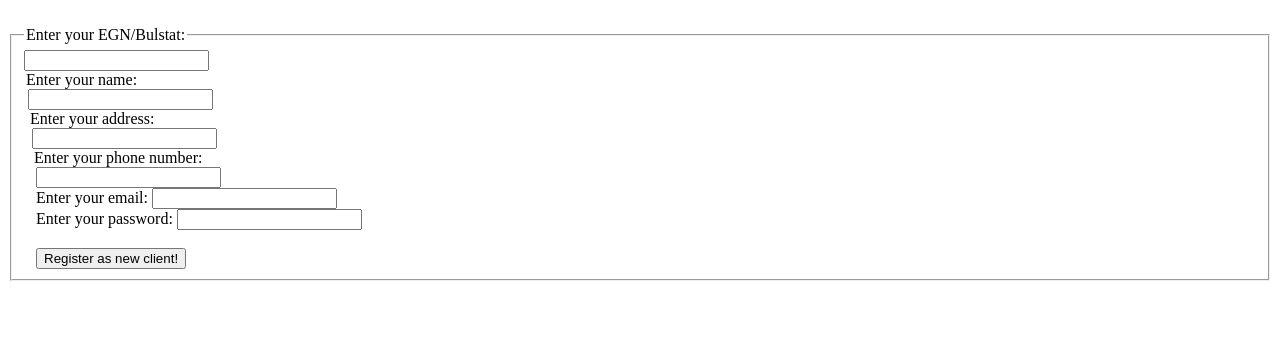
Repository: A-Mitev/E-Banking_Team_Project
Page: http://localhost/FiBank/WEB-INF/views/jsp/Register.jsp
The author's editor kept a copy of each file at every save. The page is drawn from the files as they stood at one save, then again after the next save.
The browser window is 1280 px wide. The pictures show the whole page.
The page is served by Tomcat 9. Nobody is signed in. Other server files are loaded and not shown. The template is opened directly, without the code that normally fills it, so the values that code supplies are empty.

Above is the page before, as saved 2016-04-05 20:04:27.

### FiBank/src/main/webapp/WEB-INF/views/jsp/Register.jsp
<%@page import="javax.servlet.descriptor.TaglibDescriptor"%>
<%@ page language="java" contentType="text/html; charset=UTF-8"
	pageEncoding="UTF-8"%>
<%@ taglib prefix="springForm"
	uri="http://www.springframework.org/tags/form"%>
<!DOCTYPE html PUBLIC "-//W3C//DTD HTML 4.01 Transitional//EN" "http://www.w3.org/TR/html4/loose.dtd">
<html>
<head>
<meta http-equiv="Content-Type" content="text/html; charset=UTF-8">
<title>Register Page</title>
</head>
<body>
	 ${text}
	<br />
	<springForm:form method="post" commandName="user" >
	<fieldset>
		<legend>Enter your EGN/Bulstat:</legend>
		<springForm:input type="text" path="id" />
		<br />
		<legend>Enter your name:<legend/>
		<springForm:input type="text" path="name" />
		<br />
		<legend>Enter your address:<legend/>
		<springForm:input type="text" path="address" />
		<br />
		<legend>Enter your phone number:<legend/>
		<springForm:input type="text" path="phone" />
		<br />
		<label>Enter your email:</label>
		<springForm:input type="text" path="email" />
		<br />
		<label>Enter your password:</label>
		<springForm:input type="text" path="password" />
		<br />
		<br />
		<input type="submit" value="Register as new client!" />
		</fieldset>
	</springForm:form>
</body>
</html>

After the next save:
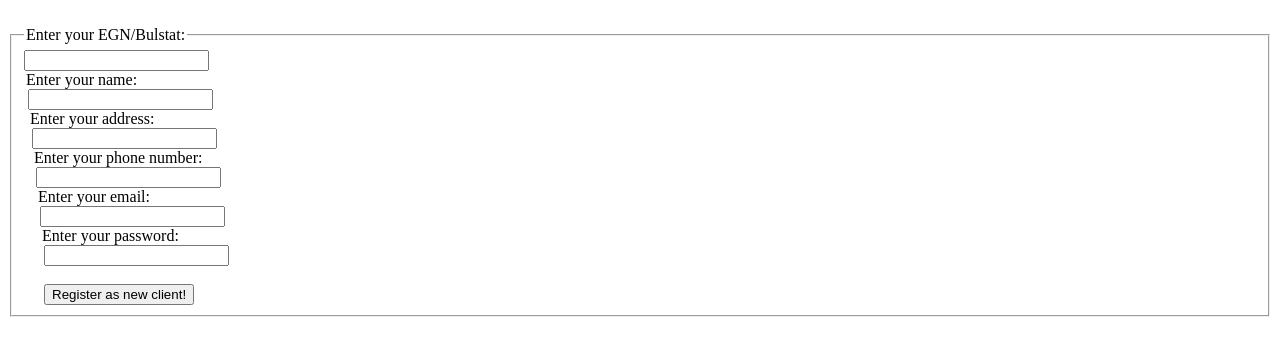
Saved 32 s later.
--- a/FiBank/src/main/webapp/WEB-INF/views/jsp/Register.jsp
+++ b/FiBank/src/main/webapp/WEB-INF/views/jsp/Register.jsp
@@ -26,10 +26,10 @@
 		<legend>Enter your phone number:<legend/>
 		<springForm:input type="text" path="phone" />
 		<br />
-		<label>Enter your email:</label>
+		<legend>Enter your email:<legend>
 		<springForm:input type="text" path="email" />
 		<br />
-		<label>Enter your password:</label>
+		<legend>Enter your password:<legend>
 		<springForm:input type="text" path="password" />
 		<br />
 		<br />
